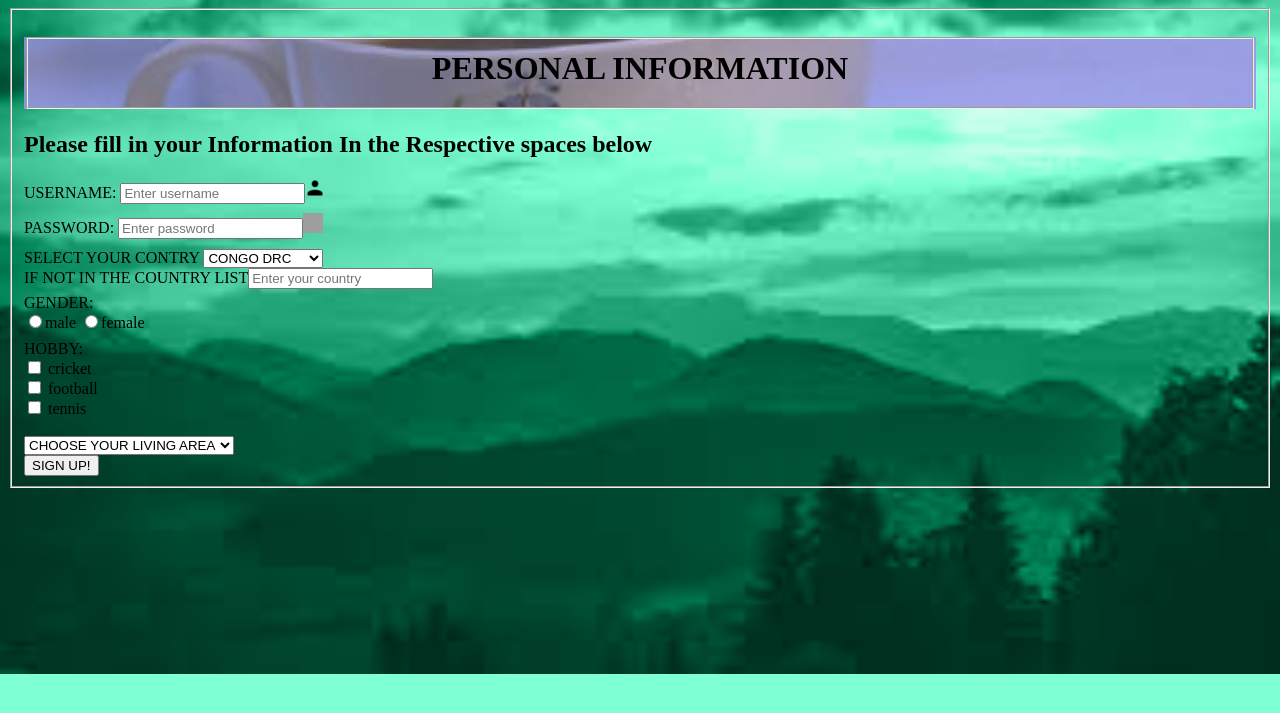
Repository: mirambialex/myform
Page: website/INDEX.HTML
These files come from the project's save history. The page is drawn as it stood at one moment and after a run of saves; the edit follows.
The browser window is 1280 px wide. The pictures show the whole page.
Pictures or frames that could not be fetched are drawn as grey boxes.

Above is the page before, as saved 2024-04-16 11:48:06.

After the next 3 saves:
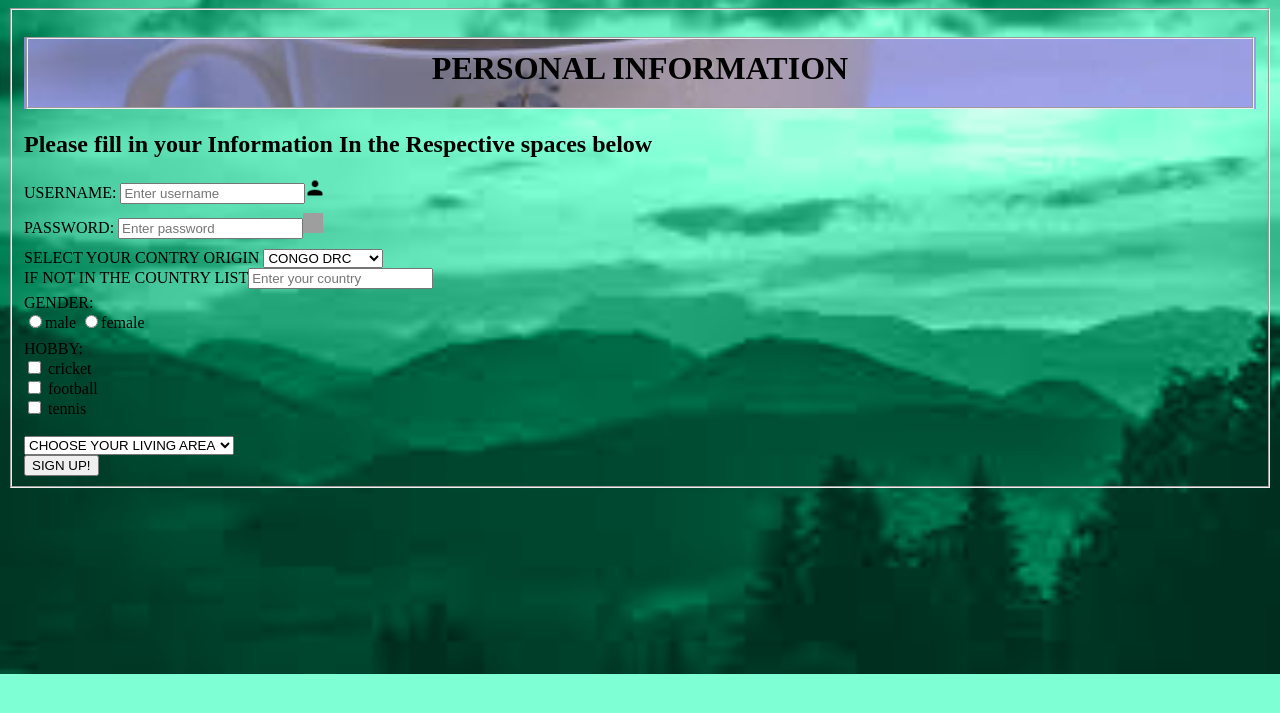
The 3 saves are shown as one change because they came seconds apart.
The last was saved 2 min 5 s later.
--- a/website/INDEX.HTML
+++ b/website/INDEX.HTML
@@ -20,7 +20,7 @@
  </DIV>
  <DIV class="A"> PASSWORD: <INPUT TYPE="PASSWORD" placeholder="Enter password"><img width="20" height="20" src="https://img.icons8.com/ios-filled/50/lock.png" alt="lock"/> <br/></DIV>
     <DIV CLASS="B">
-        SELECT YOUR CONTRY <SELect>
+        SELECT YOUR CONTRY ORIGIN <SELect>
             <OPTIon>CONGO DRC</OPTIon>
             <OPTIon>KENYA</OPTIon>
             <OPTIon>SUDAN</OPTIon>
